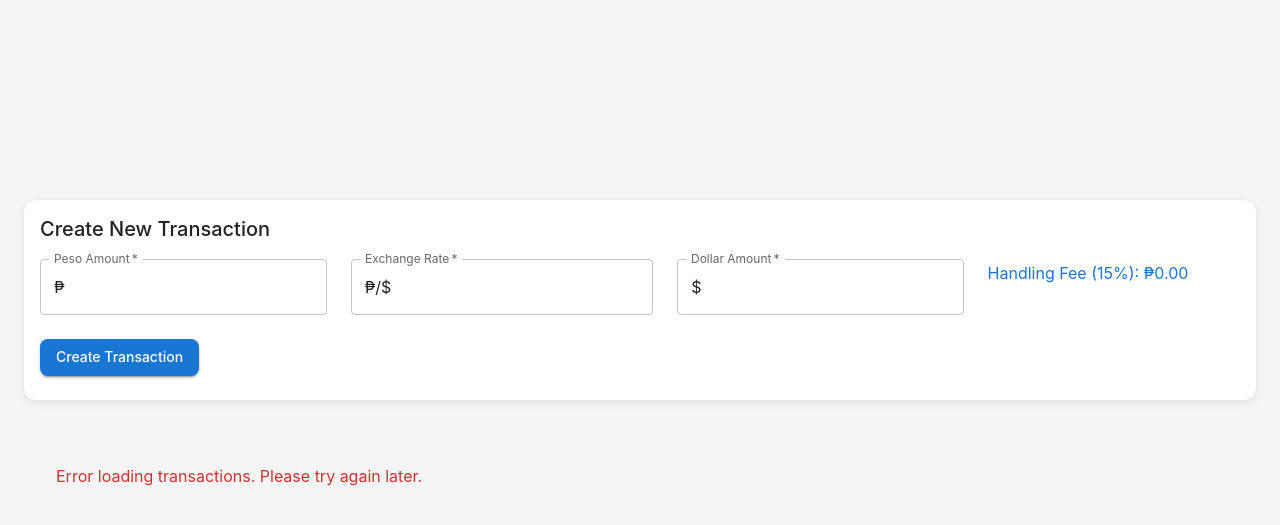
Repository: dagz55/rtt
Page: / (app in client/)
The author's editor kept a copy of each file at every save. The page is drawn from the files as they stood at one save, then again after the next save.
The browser window is 1280 px wide. The pictures show the whole page.
The page's requests for data from a server got no answer. The project was rebuilt for these pictures with package versions that can differ from the ones it lists, and the page was loaded fresh each time. No one was signed in, and anything a server would have sent is missing. Also part of the build but not shown: client/vite.config.ts, client/src/components/ProgressTimeline.tsx, client/src/components/TransactionDashboard.tsx, client/src/services/socket.ts, client/src/pages/TransactionDetailPage.tsx.

Above is the page before, as saved 2025-04-05 16:33:13.

After the next save:
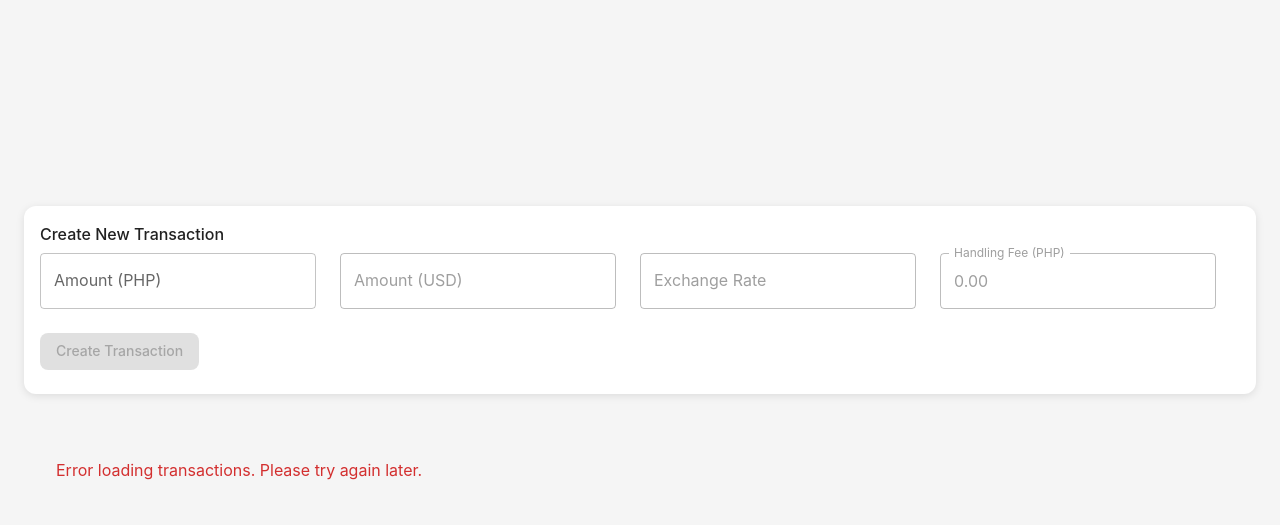
Saved 23 s later.
--- a/client/src/components/TransactionForm.tsx
+++ b/client/src/components/TransactionForm.tsx
@@ -8,128 +8,139 @@ import {
     TextField,
     Typography,
 } from '@mui/material';
-import { useMutation } from '@tanstack/react-query';
-import React, { useState } from 'react';
-import { CreateTransactionData, transactionApi } from '../services/api';
+import { useMutation, useQuery } from '@tanstack/react-query';
+import React, { useEffect, useState } from 'react';
+import { transactionApi } from '../services/transactionApi';
 
 interface TransactionFormProps {
-  onSuccess?: (data: any) => void;
+  onSuccess?: () => void;
+}
+
+interface FormData {
+  peso: number;
+  dollar: number;
+  exchangeRate: number;
 }
 
 const TransactionForm: React.FC<TransactionFormProps> = ({ onSuccess }) => {
-  const [formData, setFormData] = useState<CreateTransactionData>({
+  const [formData, setFormData] = useState<FormData>({
     peso: 0,
     dollar: 0,
-    exchangeRate: 0,
+    exchangeRate: 0
   });
 
-  const createMutation = useMutation({
-    mutationFn: (data: CreateTransactionData) => transactionApi.create(data),
-    onSuccess: (data) => {
-      onSuccess?.(data);
+  // Fetch current exchange rate
+  const { data: exchangeRateData, isLoading: isLoadingRate } = useQuery({
+    queryKey: ['exchangeRate'],
+    queryFn: () => transactionApi.getCurrentRate(),
+    refetchInterval: 300000, // Refetch every 5 minutes
+  });
+
+  // Update dollar amount when peso amount or exchange rate changes
+  useEffect(() => {
+    if (exchangeRateData && formData.peso) {
+      const dollarAmount = formData.peso * exchangeRateData.rate;
+      setFormData(prev => ({
+        ...prev,
+        dollar: Number(dollarAmount.toFixed(2)),
+        exchangeRate: exchangeRateData.rate
+      }));
+    }
+  }, [formData.peso, exchangeRateData]);
+
+  const mutation = useMutation({
+    mutationFn: (data: { peso: number }) => transactionApi.createTransaction(data),
+    onSuccess: () => {
       setFormData({ peso: 0, dollar: 0, exchangeRate: 0 });
-    },
+      onSuccess?.();
+    }
   });
 
   const handleChange = (e: React.ChangeEvent<HTMLInputElement>) => {
     const { name, value } = e.target;
-    const numValue = parseFloat(value) || 0;
+    const numValue = Number(value);
 
-    setFormData((prev) => {
-      const newData = { ...prev, [name]: numValue };
-
-      // Auto-calculate dollar amount when peso and exchange rate are set
-      if (name === 'peso' || name === 'exchangeRate') {
-        if (newData.exchangeRate > 0) {
-          newData.dollar = Number((newData.peso / newData.exchangeRate).toFixed(2));
-        }
-      }
-
-      // Auto-calculate peso amount when dollar and exchange rate are set
-      if (name === 'dollar' || name === 'exchangeRate') {
-        if (newData.exchangeRate > 0) {
-          newData.peso = Number((newData.dollar * newData.exchangeRate).toFixed(2));
-        }
-      }
-
-      return newData;
-    });
+    if (name === 'peso' && !isNaN(numValue)) {
+      setFormData(prev => ({
+        ...prev,
+        peso: numValue
+      }));
+    }
   };
 
   const handleSubmit = (e: React.FormEvent) => {
     e.preventDefault();
-    if (formData.peso > 0 && formData.dollar > 0 && formData.exchangeRate > 0) {
-      createMutation.mutate(formData);
+    if (formData.peso > 0) {
+      mutation.mutate({ peso: formData.peso });
     }
   };
 
-  const handlingFee = formData.peso * 0.15;
+  const handlingFee = (formData.peso * 0.5) / 100; // 0.5% handling fee
 
   return (
     <Card>
       <CardContent>
-        <Typography variant="h5" gutterBottom>
+        <Typography variant="h6" gutterBottom>
           Create New Transaction
         </Typography>
-        <Box component="form" onSubmit={handleSubmit} sx={{ mt: 2 }}>
+        <Box component="form" onSubmit={handleSubmit}>
           <Grid container spacing={3}>
-            <Grid item xs={12} md={4}>
+            <Grid item xs={12}>
               <TextField
                 fullWidth
-                label="Peso Amount"
+                label="Amount (PHP)"
                 name="peso"
                 type="number"
                 value={formData.peso || ''}
                 onChange={handleChange}
                 InputProps={{
-                  startAdornment: '₱',
+                  inputProps: { min: 0, step: 100 }
                 }}
-                required
               />
             </Grid>
-            <Grid item xs={12} md={4}>
+            <Grid item xs={12}>
+              <TextField
+                fullWidth
+                label="Amount (USD)"
+                type="number"
+                value={formData.dollar || ''}
+                disabled
+                InputProps={{
+                  startAdornment: isLoadingRate && <CircularProgress size={20} />,
+                }}
+              />
+            </Grid>
+            <Grid item xs={12}>
               <TextField
                 fullWidth
                 label="Exchange Rate"
-                name="exchangeRate"
                 type="number"
                 value={formData.exchangeRate || ''}
-                onChange={handleChange}
+                disabled
                 InputProps={{
-                  startAdornment: '₱/$',
+                  startAdornment: isLoadingRate && <CircularProgress size={20} />,
                 }}
-                required
-              />
-            </Grid>
-            <Grid item xs={12} md={4}>
-              <TextField
-                fullWidth
-                label="Dollar Amount"
-                name="dollar"
-                type="number"
-                value={formData.dollar || ''}
-                onChange={handleChange}
-                InputProps={{
-                  startAdornment: '$',
-                }}
-                required
               />
             </Grid>
             <Grid item xs={12}>
-              <Typography variant="subtitle1" color="primary">
-                Handling Fee (15%): ₱{handlingFee.toFixed(2)}
-              </Typography>
+              <TextField
+                fullWidth
+                label="Handling Fee (PHP)"
+                type="number"
+                value={handlingFee.toFixed(2)}
+                disabled
+              />
             </Grid>
             <Grid item xs={12}>
               <Button
-                type="submit"
+                fullWidth
                 variant="contained"
                 color="primary"
-                disabled={createMutation.isPending}
-                fullWidth
+                type="submit"
+                disabled={mutation.isPending || formData.peso <= 0}
               >
-                {createMutation.isPending ? (
-                  <CircularProgress size={24} />
+                {mutation.isPending ? (
+                  <CircularProgress size={24} color="inherit" />
                 ) : (
                   'Create Transaction'
                 )}
@@ -137,9 +148,9 @@ const TransactionForm: React.FC<TransactionFormProps> = ({ onSuccess }) => {
             </Grid>
           </Grid>
         </Box>
-        {createMutation.isError && (
+        {mutation.isError && (
           <Typography color="error" sx={{ mt: 2 }}>
-            Error creating transaction. Please try again.
+            Error creating transaction: {mutation.error instanceof Error ? mutation.error.message : 'Unknown error'}
           </Typography>
         )}
       </CardContent>
